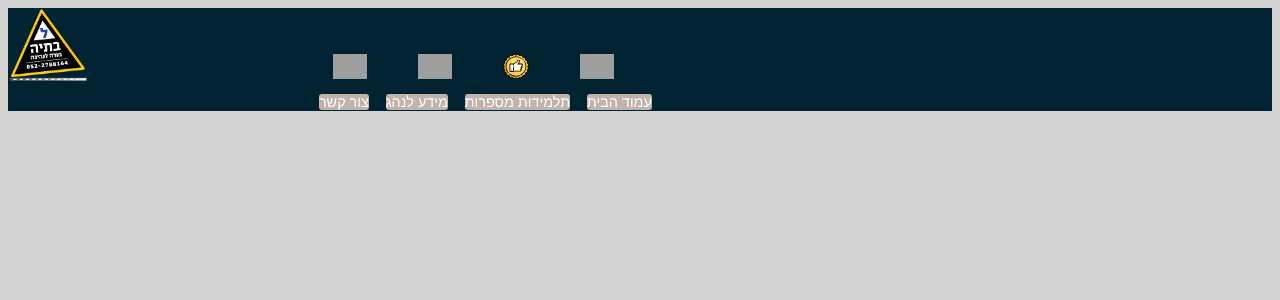
Repository: ChenGinsberg/BatyaLamed-site
Page: index.html
These files come from the project's save history. The page is drawn as it stood at one moment and after the next save; the edit follows.
The browser window is 1280 px wide. The pictures show the whole page.
Pictures or frames that could not be fetched are drawn as grey boxes.

Above is the page before, as saved 2017-11-10 00:20:39.

After the next save:
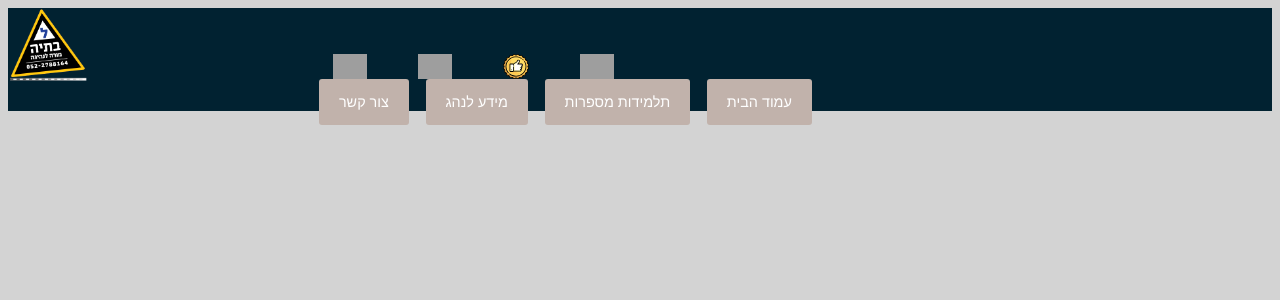
Saved 10 s later.
--- a/style/style.css
+++ b/style/style.css
@@ -31,4 +31,5 @@
     font-size: 0.9em;
     background: #C1B2AB;
     border-radius: 3px;
+    padding: 15px 20px;
 }

After the save that followed:
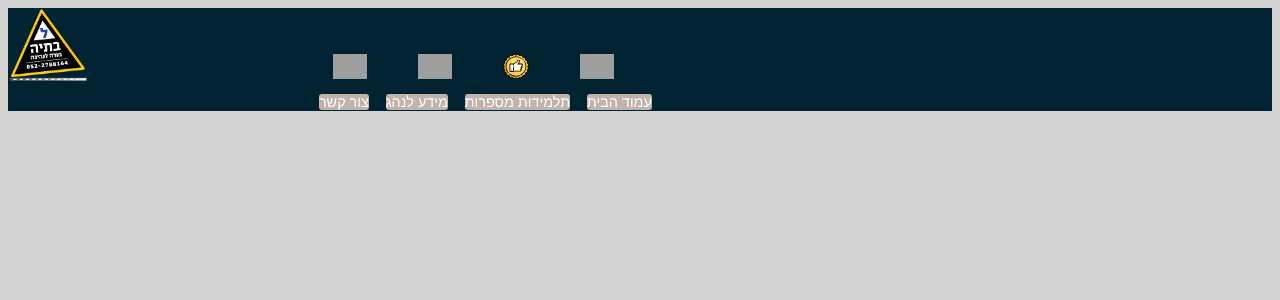
Saved 9 s later.
--- a/style/style.css
+++ b/style/style.css
@@ -31,5 +31,4 @@
     font-size: 0.9em;
     background: #C1B2AB;
     border-radius: 3px;
-    padding: 15px 20px;
 }
